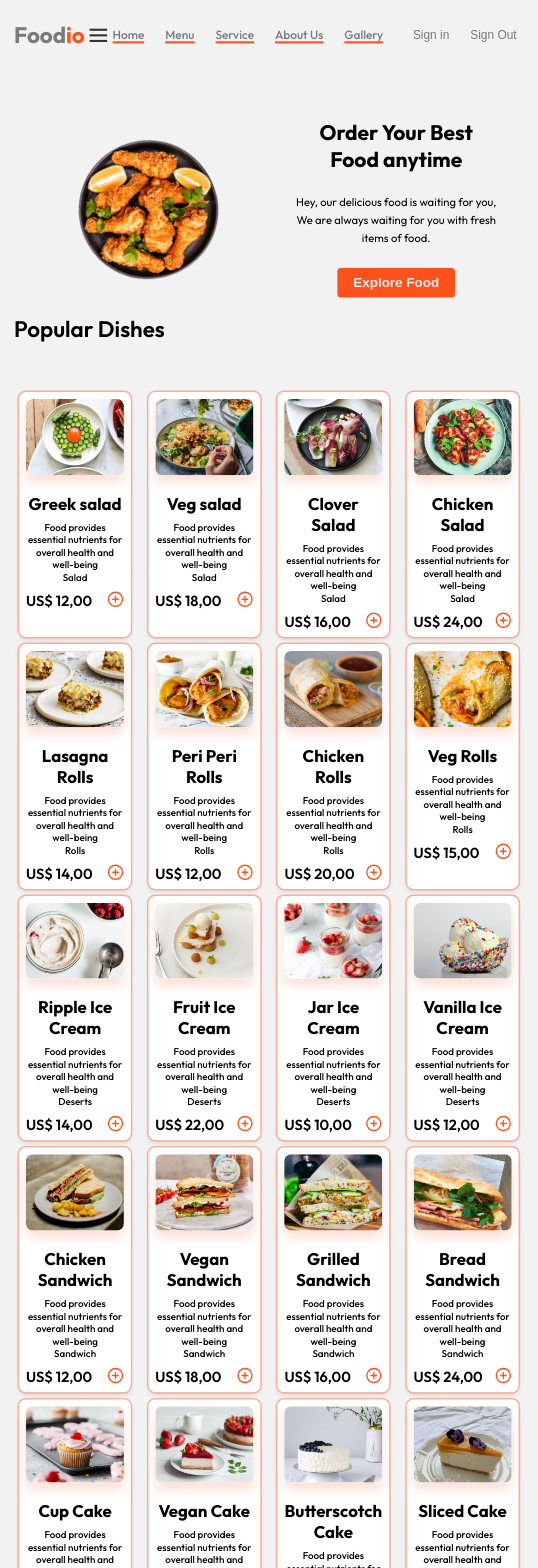
Repository: guilhermecardoso93/foodio
Page: /
An editor plug-in stored every save of this project. The page is shown before and after the next save, followed by the edit.
The browser window is 768 px wide. The pictures show the part of the page from y = 0 to 2240 px (the page is 3479 px tall before and 3572 px after), at 70% of full size.
The project was rebuilt for these pictures with package versions that can differ from the ones it lists, and the page was loaded fresh each time. Also part of the build but not shown: vite.config.js, src/index.css.

Above is the page before, as saved 2024-11-05 20:44:26.

After the next save:
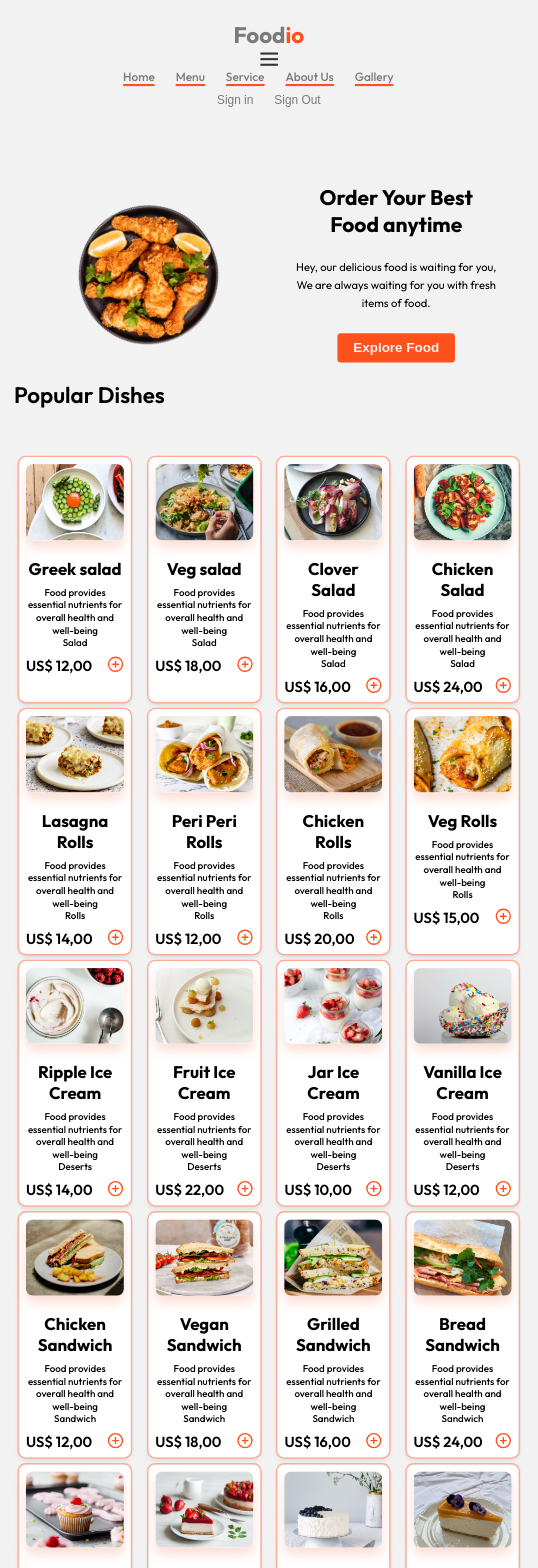
Saved 90 s later.
--- a/src/components/Menu/styles.css
+++ b/src/components/Menu/styles.css
@@ -140,11 +140,13 @@ input {
     gap: 10px;
   }
 
-
-
   .card {
     width: 100%;
     max-width: 160px;
     margin: 0 auto;
   }
+
+  .navbar{
+    flex-direction: column;
+  }
 }
